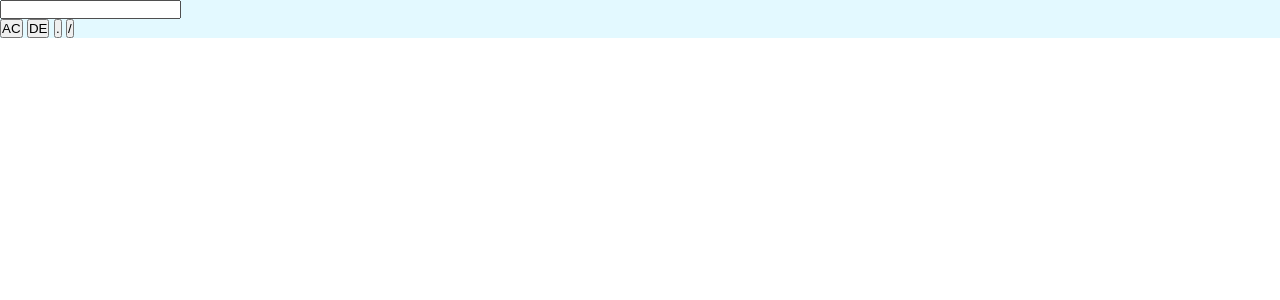
Repository: YAAMAR/calculator
Page: index.html
These files come from the project's save history. The page is drawn as it stood at one moment and after the next save; the edit follows.
The browser window is 1280 px wide. The pictures show the whole page.

Above is the page before, as saved 2024-05-02 20:04:12.

### index.html
<!DOCTYPE html>
<html lang="en">
<head>
    <meta charset="UTF-8">
    <meta name="viewport" content="width=device-width, initial-scale=1.0">
    <title>Calculator using javascript-Easy Tutorials</title>
    <link rel="stylesheet" href="style.css">
</head>
<body>
    <div class="container">
        <div class="calculator">
            <form >
                <div>
                    <input type="text" name="display">

                </div>
                <div>
                    <input type="button" value="AC">
                    <input type="button" value="DE">
                    <input type="button" value=".">
                    <input type="button" value="/">
                </div>
            </form>
        </div>

    </div>
</body>
</html>

### style.css
*{
    margin: 0;
    padding: 0;
    font-family: 'poppies',sans-serif;
    box-sizing: border-box;
}
.container{
    width: 100%;
    height: 100%;
    background: #e3f9ff;
    display: flex;
    align-items: center;
    justify-content: ;
}

After the next save:
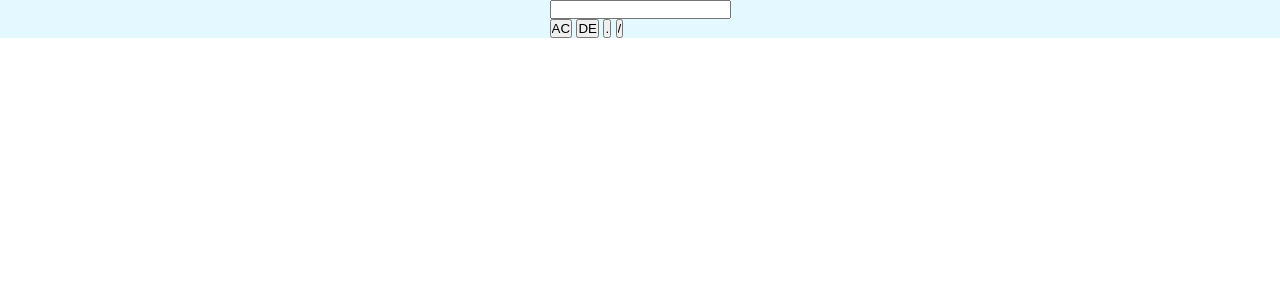
Saved 6 s later.
--- a/style.css
+++ b/style.css
@@ -10,5 +10,5 @@
     background: #e3f9ff;
     display: flex;
     align-items: center;
-    justify-content: ;
+    justify-content: center;
 }
